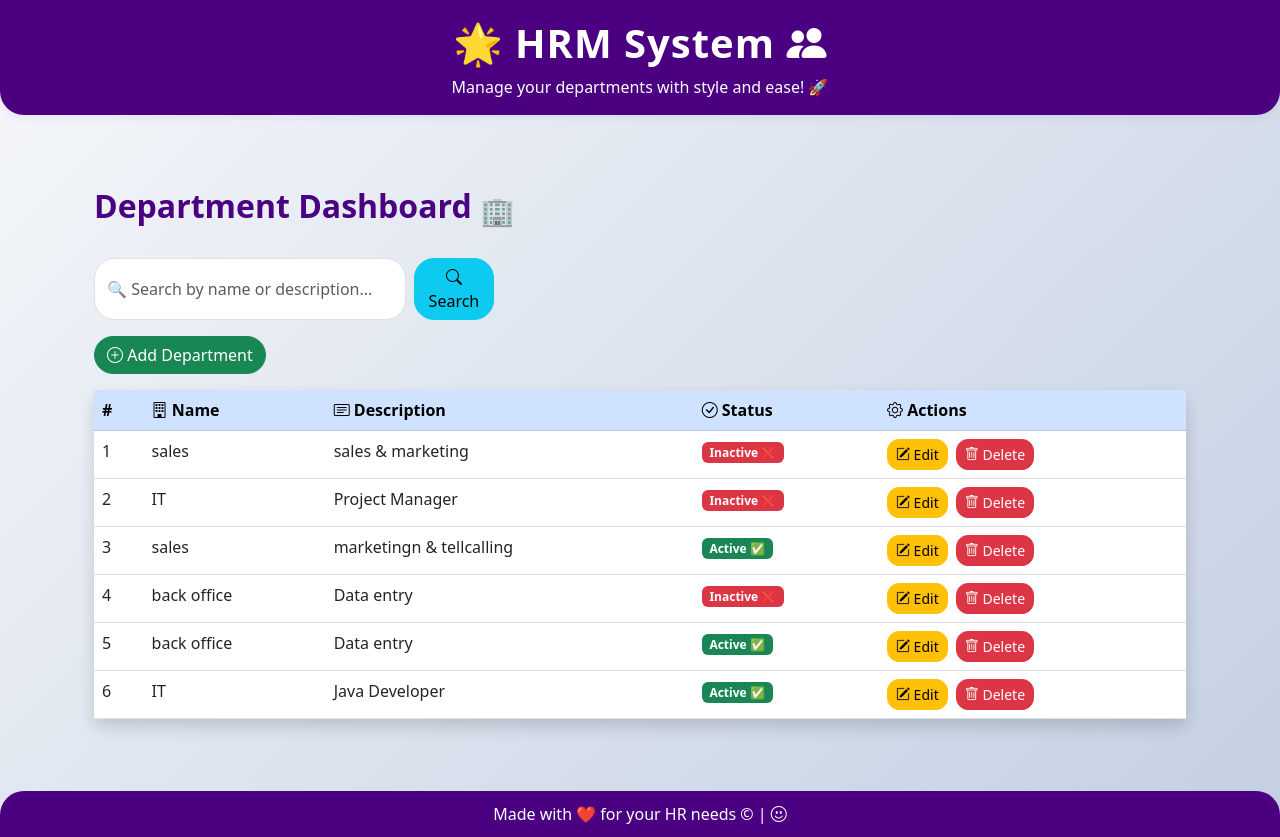
Repository: rtrupti09/HRMS
Page: http://localhost/departments/
These files come from the project's save history. The page is drawn as it stood at one moment and after the next save; the edit follows.
The browser window is 1280 px wide. The pictures show the whole page.
The page is served by the project's application, run on Django 5.2 (hrm_system/manage.py). The first stored user is signed in. The page reads the database file committed with the project.

Above is the page before, as saved 2025-06-22 15:34:03.

After the next save:
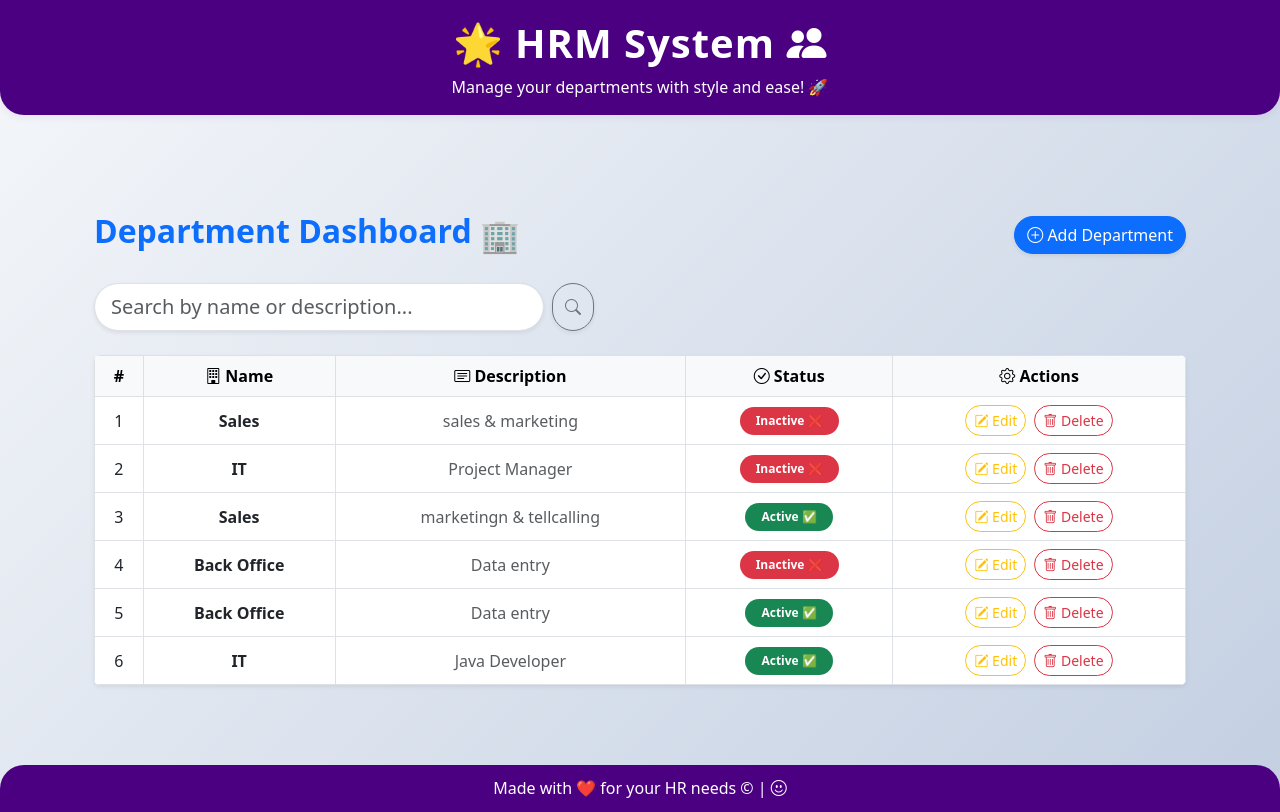
Saved 6 min 30 s later.
--- a/hrm_system/templates/department/dashboard.html
+++ b/hrm_system/templates/department/dashboard.html
@@ -1,46 +1,71 @@
 {% extends "base.html" %}
-{% block content %}
-<div class="container py-4">
-    <div class="d-flex align-items-center mb-4">
-        <h2 class="me-2" style="color:#4B0082; font-weight:bold;"> Department Dashboard</h2>
-        <span class="fs-3">🏢</span>
-    </div>
-    <form method="get" class="mb-3 d-flex" style="max-width:400px;">
-        <input type="text" name="search" value="{{ search }}" placeholder="🔍 Search by name or description..." class="form-control me-2" style="border-radius:20px;">
-        <button type="submit" class="btn btn-info" style="border-radius:20px;"><i class="bi bi-search"></i> Search</button>
-    </form>
-    <a href="{% url 'add_department' %}" class="btn btn-success mb-3" style="border-radius:20px;"><i class="bi bi-plus-circle"></i> Add Department</a>
-    <table class="table table-hover shadow rounded" style="background:#f8f9fa;">
-        <thead class="table-primary">
-            <tr>
-                <th>#</th>
-                <th><i class="bi bi-building"></i> Name</th>
-                <th><i class="bi bi-card-text"></i> Description</th>
-                <th><i class="bi bi-check-circle"></i> Status</th>
-                <th><i class="bi bi-gear"></i> Actions</th>
-            </tr>
-        </thead>
-        <tbody>
-            {% for dept in departments %}
-            <tr>
-                <td>{{ forloop.counter }}</td>
-                <td>{{ dept.dept_name }}</td>
-                <td>{{ dept.description }}</td>
-                <td>{% if dept.status %}<span class="badge bg-success">Active ✅</span>{% else %}<span class="badge bg-danger">Inactive ❌</span>{% endif %}</td>
-                <td>
-                    <a href="{% url 'edit_department' dept.id %}" class="btn btn-warning btn-sm me-1" style="border-radius:12px;"><i class="bi bi-pencil-square"></i> Edit</a>
-                    <a href="{% url 'delete_department' dept.id %}" class="btn btn-danger btn-sm" style="border-radius:12px;"><i class="bi bi-trash"></i> Delete</a>
-                </td>
-            </tr>
-            {% empty %}
-            <tr><td colspan="5" class="text-center">😕 No departments found.</td></tr>
-            {% endfor %}
-        </tbody>
-    </table>
-</div>
-{% endblock %}
 
-<!-- Bootstrap Icons CDN -->
 {% block extra_head %}
 <link rel="stylesheet" href="https://cdn.jsdelivr.net/npm/bootstrap-icons@1.10.5/font/bootstrap-icons.css">
 {% endblock %}
+
+{% block content %}
+<div class="container py-5">
+    <!-- Header -->
+    <div class="d-flex align-items-center justify-content-between mb-4">
+        <div class="d-flex align-items-center">
+            <h2 class="me-2 text-primary fw-bold">Department Dashboard</h2>
+            <span class="fs-2">🏢</span>
+        </div>
+        <a href="{% url 'add_department' %}" class="btn btn-primary shadow-sm" style="border-radius: 30px;">
+            <i class="bi bi-plus-circle"></i> Add Department
+        </a>
+    </div>
+
+    <!-- Search Form -->
+    <form method="get" class="d-flex mb-4" style="max-width: 500px;">
+        <input type="text" name="search" value="{{ search }}" placeholder="Search by name or description..." class="form-control form-control-lg me-2 rounded-pill shadow-sm">
+        <button type="submit" class="btn btn-outline-secondary rounded-pill shadow-sm">
+            <i class="bi bi-search"></i>
+        </button>
+    </form>
+
+    <!-- Department Table -->
+    <div class="table-responsive rounded shadow-sm">
+        <table class="table table-bordered table-hover align-middle mb-0" style="background-color: #ffffff;">
+            <thead class="table-light">
+                <tr class="text-center">
+                    <th>#</th>
+                    <th><i class="bi bi-building"></i> Name</th>
+                    <th><i class="bi bi-card-text"></i> Description</th>
+                    <th><i class="bi bi-check-circle"></i> Status</th>
+                    <th><i class="bi bi-gear"></i> Actions</th>
+                </tr>
+            </thead>
+            <tbody>
+                {% for dept in departments %}
+                <tr class="text-center">
+                    <td>{{ forloop.counter }}</td>
+                    <td class="fw-semibold text-capitalize text-dark">{{ dept.dept_name }}</td>
+                    <td class="text-muted">{{ dept.description }}</td>
+                    <td>
+                        {% if dept.status %}
+                            <span class="badge bg-success px-3 py-2 rounded-pill">Active ✅</span>
+                        {% else %}
+                            <span class="badge bg-danger px-3 py-2 rounded-pill">Inactive ❌</span>
+                        {% endif %}
+                    </td>
+                    <td>
+                        <a href="{% url 'edit_department' dept.id %}" class="btn btn-sm btn-outline-warning rounded-pill me-1">
+                            <i class="bi bi-pencil-square"></i> Edit
+                        </a>
+                        <a href="{% url 'delete_department' dept.id %}" class="btn btn-sm btn-outline-danger rounded-pill">
+                            <i class="bi bi-trash"></i> Delete
+                        </a>
+                    </td>
+                </tr>
+                {% empty %}
+                <tr>
+                    <td colspan="5" class="text-center text-muted py-4">😕 No departments found.</td>
+                </tr>
+                {% endfor %}
+            </tbody>
+        </table>
+    </div>
+</div>
+{% endblock %}
